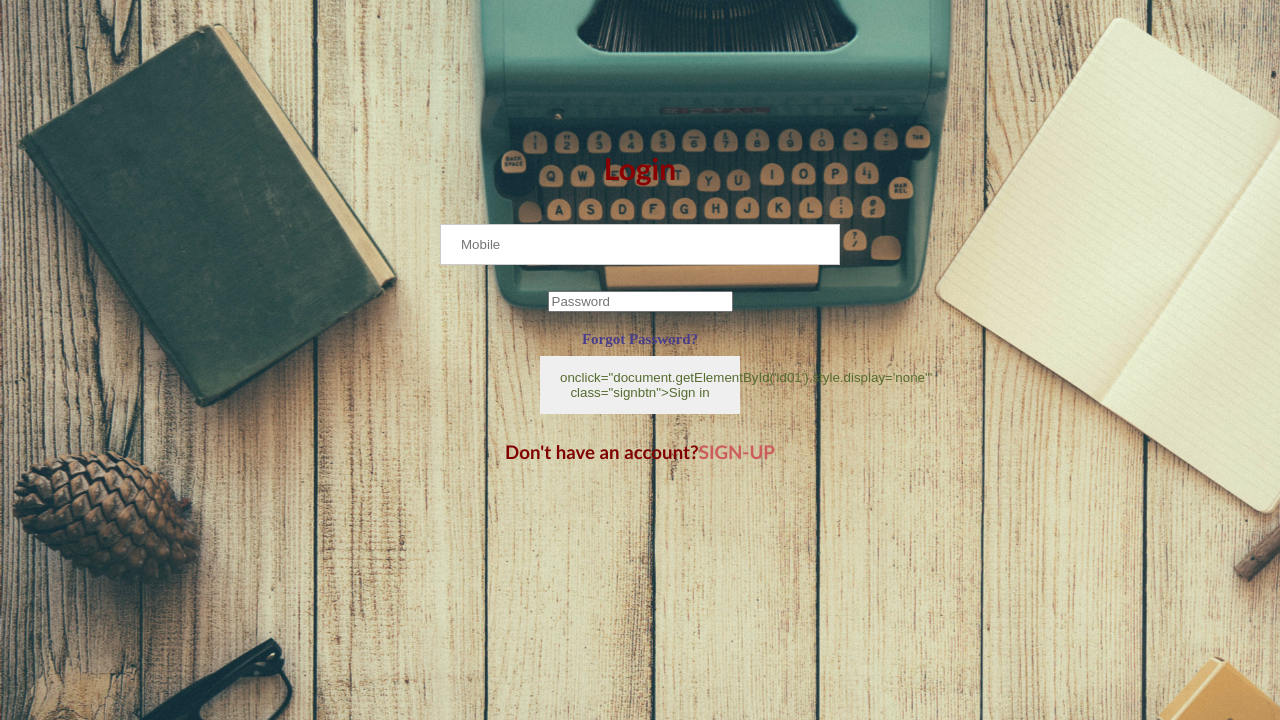
Repository: NAYAN9534/vehicle-booking-system
Page: http://localhost/minor/login1.jsp
An editor plug-in stored every save of this project. The page is shown before and after the next save, followed by the edit.
The browser window is 1280 px wide. The pictures show the whole page.
The page is served by Tomcat 9.

Above is the page before, as saved 2017-05-25 07:56:23.

### minor/WebContent/login1.jsp
<!doctype html>
<!DOCTYPE html>
<html>
<head>
	<title>Login</title>
	<link rel="icon"type="image" href="Logo.jpg"/>   <!--fav icon tag-->
</head>
<style type="text/css">

.signbtn
{
  padding: 14px 20px;
  background-color: lightblue;

}
button .signbtn: hover
{
	box-shadow: 10px 10px 5px #;
}
button
{

    color:  #556B2F;
    padding: 14px 20px;
    margin: 8px 0;
    border: none;
    cursor: pointer;
    width:200px;
    transition-duration: 0.4s;
}
input[type=text], input[type=text]
{
    width: 400px;
    padding: 12px 20px;
    margin: 8px 0;
    display: inline-block;
    border: 1px solid #ccc;
    box-sizing: border-box;
}
#login p
{
font-family: calibri;
font-size: 30px;
color:  #8B0000;
}
body {
    background-image: url("68516858-notepad-wallpapers.jpeg");
    background-size: 1366px auto;
}
#login
{
    margin-top: 150px;
}

#login a
{
    text-decoration: none;
    color:      #CD5C5C;
}
#login .forgot
{
    color:  #483D8B;
    font-size: 15px;
}
</style>
<body>


<div id="login">
<center>
<p><b>Login</b></p>

<form action ="conn.jsp" method="post">
	<input type="text" name="mobile" id="txt_name" placeholder="Mobile"/><br><br>
	<input type="password" name="password" id="txt_Password" placeholder="Password"/><br><br>

    <a class="forgot" href=""><b>Forgot Password?</b></a><br>


	<button type="button"> onclick="document.getElementById('id01').style.display='none'" class="signbtn">Sign in</button>

</form>

<h3 style="color:maroon; font-family:calibri;">Don't have an account?<a href="signup.html"><span>SIGN-UP</span></a</h3>
</center>

</div>







</body>
</html>

After the next save:
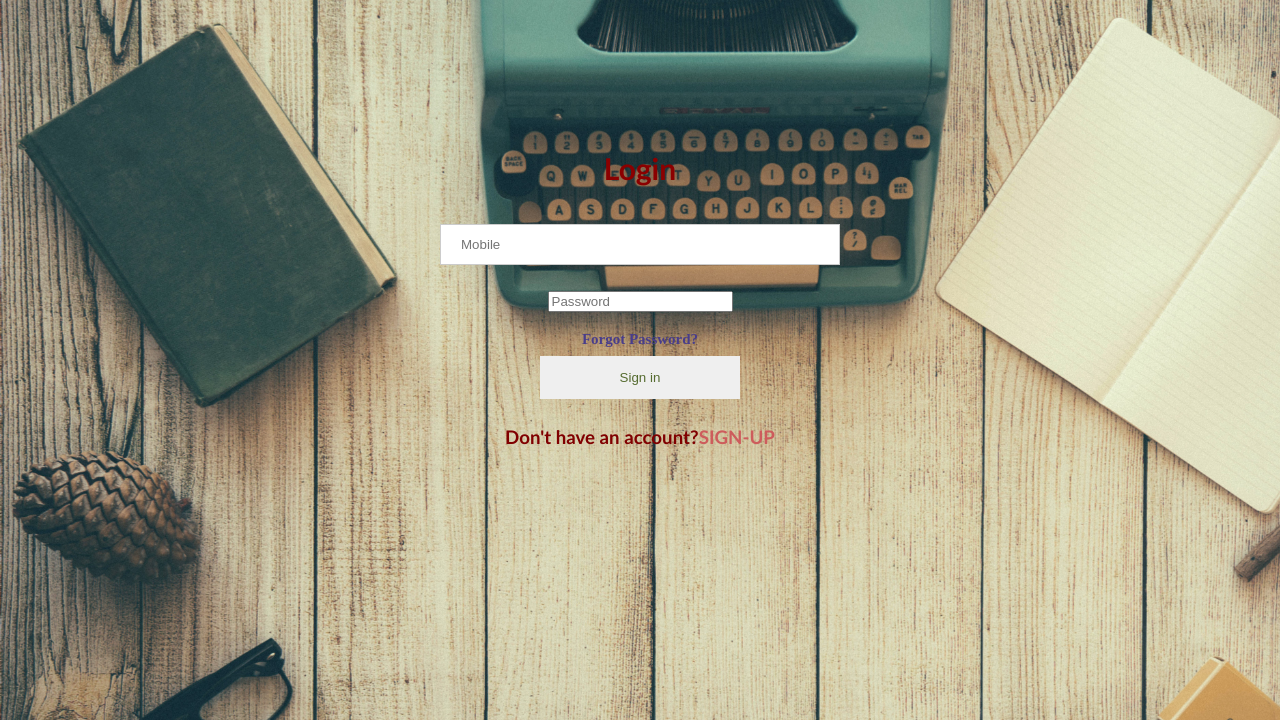
Saved 37 s later.
--- a/minor/WebContent/login1.jsp
+++ b/minor/WebContent/login1.jsp
@@ -77,7 +77,7 @@ body {
     <a class="forgot" href=""><b>Forgot Password?</b></a><br>
 
 
-	<button type="button"> onclick="document.getElementById('id01').style.display='none'" class="signbtn">Sign in</button>
+	<button type="button">Sign in</button>
 
 </form>
 
